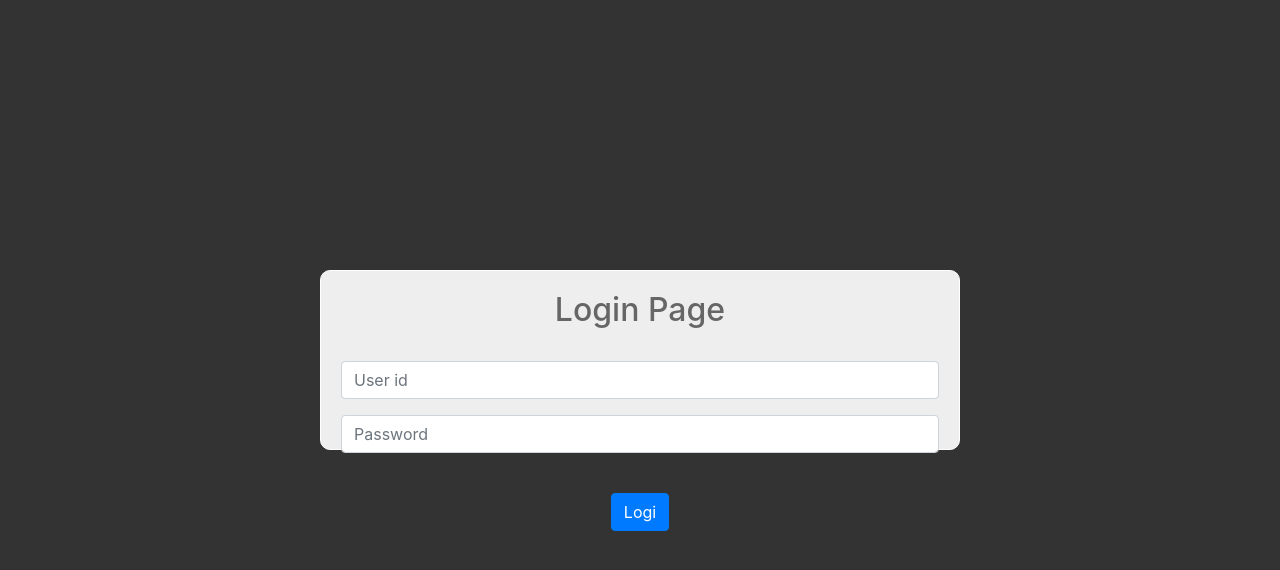
Repository: rkmr039/EMS_PROJECT
Page: EMS/WebContent/login2.html
An editor plug-in stored every save of this project. The page is shown before and after a run of saves, followed by the edit.
The browser window is 1280 px wide. The pictures show the whole page.

Above is the page before, as saved 2019-08-30 06:59:05.
Console error: TypeError: Cannot read properties of undefined (reading 'fn')

### EMS/WebContent/login2.html
<!DOCTYPE html>
<html>
<head>
<meta charset="ISO-8859-1">
<title>Login | EMS </title>
<link rel="stylesheet" href="https://stackpath.bootstrapcdn.com/bootstrap/4.3.1/css/bootstrap.min.css" integrity="sha384-ggOyR0iXCbMQv3Xipma34MD+dH/1fQ784/j6cY/iJTQUOhcWr7x9JvoRxT2MZw1T" crossorigin="anonymous">
<script src="https://stackpath.bootstrapcdn.com/bootstrap/4.3.1/js/bootstrap.min.js" integrity="sha384-JjSmVgyd0p3pXB1rRibZUAYoIIy6OrQ6VrjIEaFf/nJGzIxFDsf4x0xIM+B07jRM" crossorigin="anonymous"></script>
<style>
.inputBox{
	overflow: hidden;
    align-items: center;
     display: flex;
}
body {
    background:#333;
}
.form_bg {
    background-color:#eee;
    color:#666;
    padding:20px;
    border-radius:10px;
    position: absolute;
    border:1px solid #fff;
    margin: auto;
    top: 0;
    right: 0;
    bottom: 0;
    left: 0;
}
.align-center {
    text-align:center;
}
</style>

</head>
<body>
 <div class="container">
    <div class="row">
        <div class="form_bg w-50 h-25">
            <form>
                 <h2 class="text-center">Login Page</h2>
                <br/>
                <div class="form-group">
                    <input type="email" class="form-control" id="userid" placeholder="User id">
                </div>
                <div class="form-group">
                    <input type="password" class="form-control" id="pwd" placeholder="Password">
                </div>
                <br/>
                <div class="align-center">
                    <input type="submit" class="btn btn-primary" value="Logi" id="login"/>
                </div>
            </form>
        </div>
    </div>
</div>
	<script src="https://code.jquery.com/jquery-3.3.1.slim.min.js" integrity="sha384-q8i/X+965DzO0rT7abK41JStQIAqVgRVzpbzo5smXKp4YfRvH+8abtTE1Pi6jizo" crossorigin="anonymous"></script>
<script src="https://cdnjs.cloudflare.com/ajax/libs/popper.js/1.14.7/umd/popper.min.js" integrity="sha384-UO2eT0CpHqdSJQ6hJty5KVphtPhzWj9WO1clHTMGa3JDZwrnQq4sF86dIHNDz0W1" crossorigin="anonymous"></script>

</body>
</html>

After the next 2 saves:
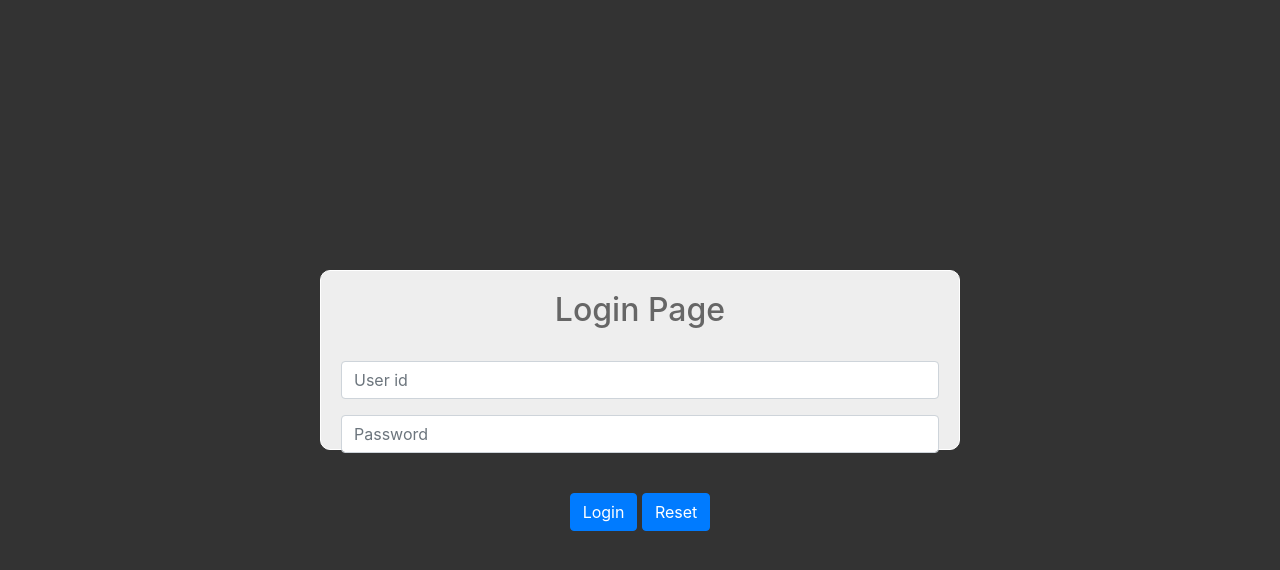
The 2 saves are shown as one change because they came seconds apart.
The last was saved 14 s later.
--- a/EMS/WebContent/login2.html
+++ b/EMS/WebContent/login2.html
@@ -48,7 +48,8 @@ body {
                 </div>
                 <br/>
                 <div class="align-center">
-                    <input type="submit" class="btn btn-primary" value="Logi" id="login"/>
+                    <input type="submit" class="btn btn-primary" value="Login" id="login"/>
+                    <input type="reset" value="Reset" class="btn btn-primary"/>
                 </div>
             </form>
         </div>
